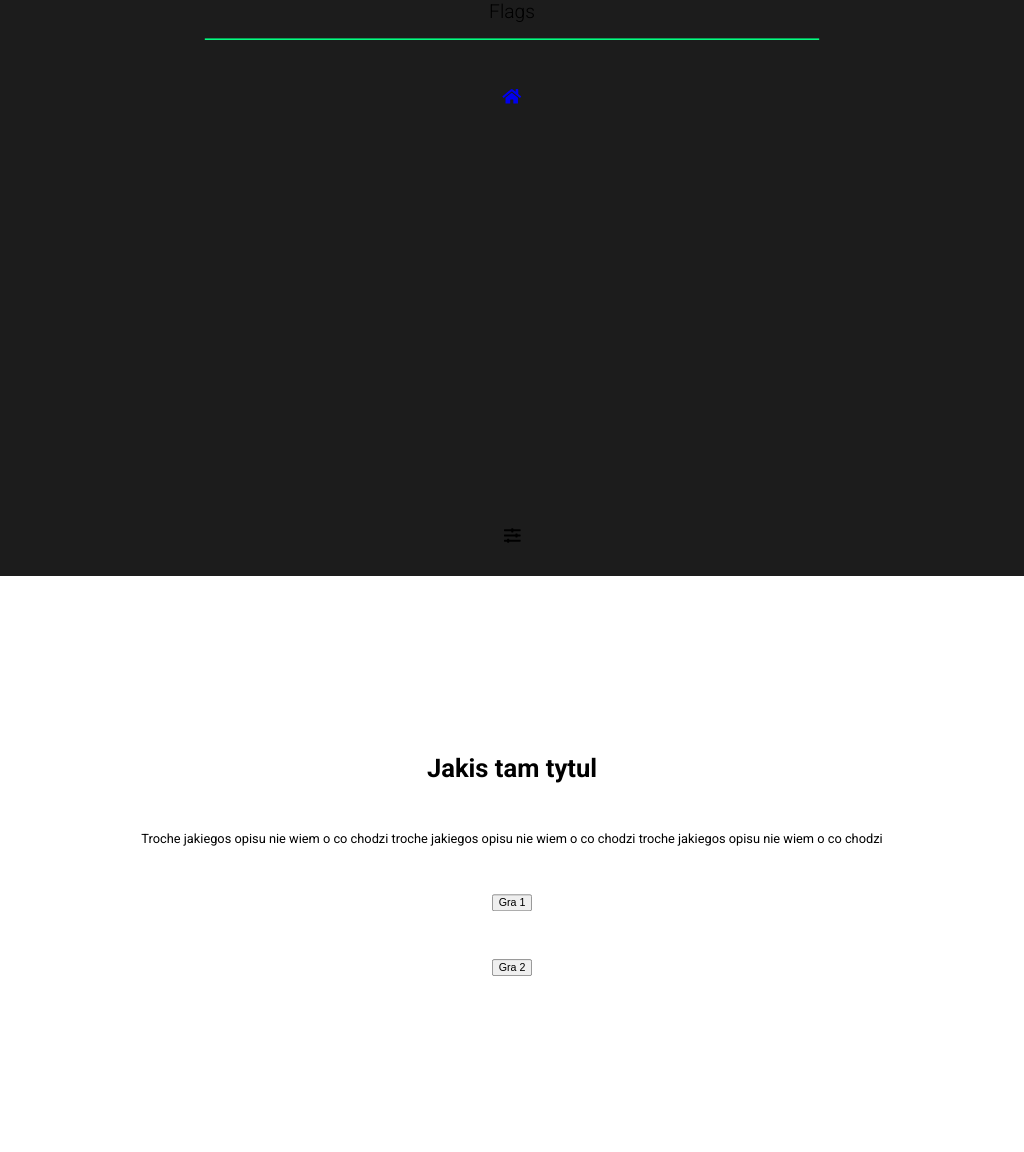
Repository: RXBVK/Flags
Page: /
These files come from the project's save history. The page is drawn as it stood at one moment and after the next save; the edit follows.
The browser window is 1280 px wide. The pictures show the whole page, at 80% of full size.
The project was rebuilt for these pictures with package versions that can differ from the ones it lists, and the page was loaded fresh each time.

Above is the page before, as saved 2021-06-29 16:18:57.

### public/index.html
<!DOCTYPE html>
<html lang="en">

<head>
  <meta charset="utf-8" />
  <link rel="icon" href="%PUBLIC_URL%/favicon.ico" />
  <meta name="viewport" content="width=device-width, initial-scale=1" />
  <meta name="theme-color" content="#000000" />
  <meta name="description" content="Web site created using create-react-app" />
  <link rel="apple-touch-icon" href="%PUBLIC_URL%/logo192.png" />
  <!--
      manifest.json provides metadata used when your web app is installed on a
      user's mobile device or desktop. See https://developers.google.com/web/fundamentals/web-app-manifest/
    -->
  <link rel="manifest" href="%PUBLIC_URL%/manifest.json" />
  <link rel="preconnect" href="https://fonts.googleapis.com">
  <link rel="preconnect" href="https://fonts.gstatic.com" crossorigin>
  <link href="https://fonts.googleapis.com/css2?family=Roboto:wght@100;300;400;500;700;900&display=swap"
    rel="stylesheet">
  <!--
      Notice the use of %PUBLIC_URL% in the tags above.
      It will be replaced with the URL of the `public` folder during the build.
      Only files inside the `public` folder can be referenced from the HTML.

      Unlike "/favicon.ico" or "favicon.ico", "%PUBLIC_URL%/favicon.ico" will
      work correctly both with client-side routing and a non-root public URL.
      Learn how to configure a non-root public URL by running `npm run build`.
    -->
  <title>Learn Countries Flags</title>
</head>

<body>
  <noscript>You need to enable JavaScript to run this app.</noscript>
  <div id="root"></div>
  <!--
      This HTML file is a template.
      If you open it directly in the browser, you will see an empty page.

      You can add webfonts, meta tags, or analytics to this file.
      The build step will place the bundled scripts into the <body> tag.

      To begin the development, run `npm start` or `yarn start`.
      To create a production bundle, use `npm run build` or `yarn build`.
    -->
</body>

</html>

### src/App.js
import Navigation from "./components/Navigation/Navigation";
import { BrowserRouter as Router } from "react-router-dom";

function App() {
  return (
    <>
      <Router>
        <Navigation />
      </Router>
    </>
  );
}

export default App;

### src/components/Navigation/Navigation.js
import React, { useState } from "react";
import { Switch, Route, NavLink } from "react-router-dom";
import { faHome, faSlidersH } from "@fortawesome/free-solid-svg-icons";
import { FontAwesomeIcon } from "@fortawesome/react-fontawesome";
import Divider from "../../utils/Divider";
import Home from "../Home/Home";
import "./Navigation.css";

export default function Navigation() {
  return (
    <>
      <div className="navigation">
        <logo className="navigation__logo">Flags</logo>
        <Divider width={60} height={3} />
        <div className="navigation__menu">
          <NavLink exact to="/">
            <FontAwesomeIcon icon={faHome} />
          </NavLink>
        </div>
        <FontAwesomeIcon icon={faSlidersH} />
      </div>
      <Switch>
        <Route exact path="/">
          <Home />
        </Route>
        {/* <Route>
                        <NotFound />
                    </Route> */}
      </Switch>
    </>
  );
}

### src/utils/Divider.js
import React from "react";

export default function Divider(props) {
  return (
    <div
      style={{
        width: `${props.width}%`,
        height: `${props.height}px`,
        backgroundColor: "#03fc80",
      }}
    ></div>
  );
}

### src/components/Home/Home.js
import React from "react";

export default function Home() {
  return (
    <div className="container">
      <h1>Jakis tam tytul</h1>
      <p>
        Troche jakiegos opisu nie wiem o co chodzi troche jakiegos opisu nie
        wiem o co chodzi troche jakiegos opisu nie wiem o co chodzi
      </p>
      <button>Gra 1</button>
      <button>Gra 2</button>
    </div>
  );
}

### src/components/Navigation/Navigation.css
.container {
  position: relative;
  display: -webkit-box;
  display: -ms-flexbox;
  display: flex;
  -webkit-box-orient: vertical;
  -webkit-box-direction: normal;
      -ms-flex-direction: column;
          flex-direction: column;
  -webkit-box-pack: center;
      -ms-flex-pack: center;
          justify-content: center;
  -webkit-box-align: center;
      -ms-flex-align: center;
          align-items: center;
  text-align: center;
  width: 100%;
  height: 100vh;
  overflow-y: auto;
}

.button {
  border: none;
  border-radius: 25px;
  cursor: pointer;
  -webkit-transition: all 200ms linear;
  transition: all 200ms linear;
}

.button--basic {
  min-width: 200px;
  min-height: 35px;
  background-color: #03fc80;
  font-size: 1.1em;
  margin: 0 20px;
  padding: 8px 30px;
}

.button--basic:hover {
  -webkit-filter: brightness(80%);
          filter: brightness(80%);
}

.button--answer {
  min-width: 250px;
  min-height: 40px;
  font-size: 1em;
  padding: 8px 30px;
  background-color: transparent;
  color: white;
  border: 2px solid #03fc80;
}

.button--answer:hover {
  background-color: #03fc80;
  color: black;
}

.button--light-border {
  border: 1px solid #03fc80;
  border-radius: 0;
  padding: 10px 40px;
}

.button--light-border:hover {
  background-color: #03fc80;
  color: black;
}

.game__container {
  display: -webkit-box;
  display: -ms-flexbox;
  display: flex;
  -webkit-box-orient: vertical;
  -webkit-box-direction: normal;
      -ms-flex-direction: column;
          flex-direction: column;
  -webkit-box-align: center;
      -ms-flex-align: center;
          align-items: center;
  -webkit-box-pack: center;
      -ms-flex-pack: center;
          justify-content: center;
  height: 100%;
  width: 100%;
}

.answers {
  display: -ms-grid;
  display: grid;
  margin: 60px 0 20px 0;
}

@media (max-width: 1000px) {
  .answers {
    -ms-grid-columns: (1fr)[1];
        grid-template-columns: repeat(1, 1fr);
    gap: 25px 0;
    width: 95%;
  }
}

@media (min-width: 1001px) {
  .answers {
    -ms-grid-columns: (1fr)[2];
        grid-template-columns: repeat(2, 1fr);
    gap: 25px 20px;
  }
}

::-webkit-scrollbar {
  width: 10px;
}

/* Track */
::-webkit-scrollbar-track {
  background: #1c1c1c;
}

/* Handle */
::-webkit-scrollbar-thumb {
  background: #2f2f2f;
  border-radius: 10px;
}

/* Handle on hover */
::-webkit-scrollbar-thumb:hover {
  background: #393939;
}

.game__score,
.game__time {
  position: absolute;
  bottom: 30px;
}

.game__score {
  left: 30px;
}

.game__time {
  right: 30px;
}

@media (min-width: 1001px) {
  .container > * {
    margin: 30px 0;
  }
}

.navigation {
  min-width: 150px;
  height: 100vh;
  background-color: #1c1c1c;
  display: -webkit-box;
  display: -ms-flexbox;
  display: flex;
  -webkit-box-orient: vertical;
  -webkit-box-direction: normal;
      -ms-flex-direction: column;
          flex-direction: column;
  -webkit-box-align: center;
      -ms-flex-align: center;
          align-items: center;
  overflow-y: auto;
}

.navigation > * {
  margin: 20px 0;
}

.navigation > :first-child {
  margin-top: 20px;
}

.navigation > :last-child {
  margin-bottom: 40px;
}

.navigation .navigation__logo {
  font-size: 1.5em;
  position: relative;
  font-weight: 300;
  margin: 0;
}

.navigation .navigation__menu {
  display: -webkit-box;
  display: -ms-flexbox;
  display: flex;
  -webkit-box-orient: vertical;
  -webkit-box-direction: normal;
      -ms-flex-direction: column;
          flex-direction: column;
  -webkit-box-align: center;
      -ms-flex-align: center;
          align-items: center;
  height: 100%;
}

.navigation .navigation__menu > * {
  margin: 20px 0;
}

.navigation svg {
  font-size: 1.3em;
  cursor: pointer;
}

@media (max-width: 1000px) {
  .navigation {
    display: none;
  }
}
/*# sourceMappingURL=Navigation.css.map */

Loaded but not shown: src/index.js (common file); src/index.css (common file); src/reportWebVitals.js (common file)

After the next save:
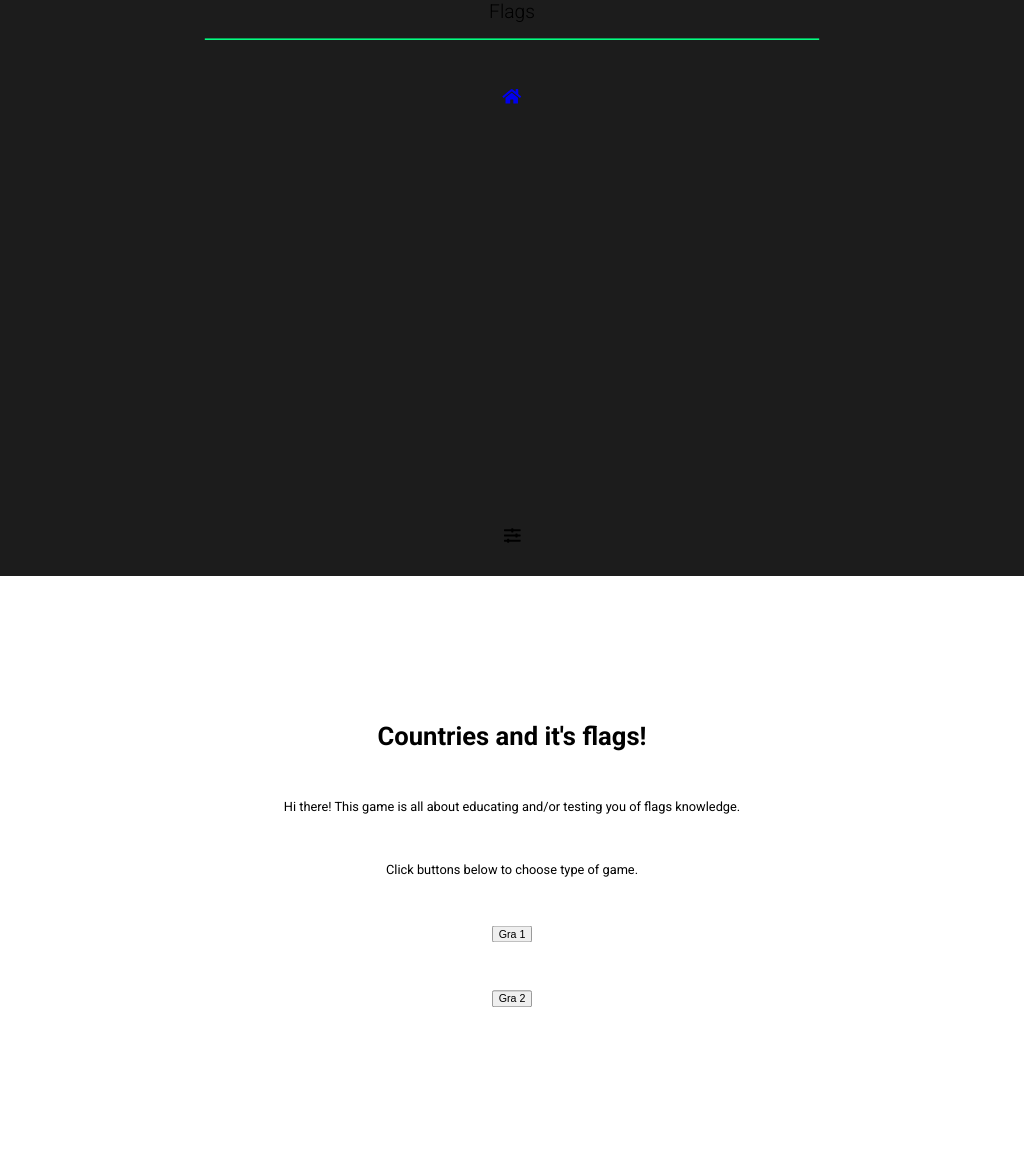
Saved 5 min 31 s later.
--- a/src/components/Home/Home.js
+++ b/src/components/Home/Home.js
@@ -3,11 +3,12 @@ import React from "react";
 export default function Home() {
   return (
     <div className="container">
-      <h1>Jakis tam tytul</h1>
+      <h1>Countries and it's flags!</h1>
       <p>
-        Troche jakiegos opisu nie wiem o co chodzi troche jakiegos opisu nie
-        wiem o co chodzi troche jakiegos opisu nie wiem o co chodzi
+        Hi there! This game is all about educating and/or testing you of flags
+        knowledge.
       </p>
+      <p>Click buttons below to choose type of game.</p>
       <button>Gra 1</button>
       <button>Gra 2</button>
     </div>
